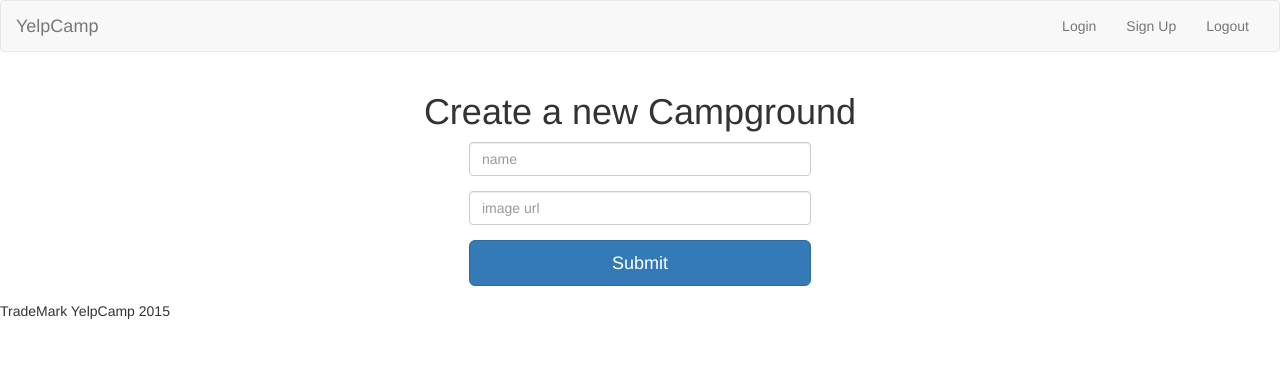
Repository: sanjansawant/Web-Developer-Bootcamp
Page: http://localhost/campgrounds/new
The author's editor kept a record of every edit. The page is drawn from the files as they stood at one moment, then again after the next edit.
The browser window is 1280 px wide. The pictures show the whole page.
Some web libraries are served in a nearby version. The page is served by the project's Node server (YelpCamp/v1/app.js).

Above is the page before.

After the next edit:
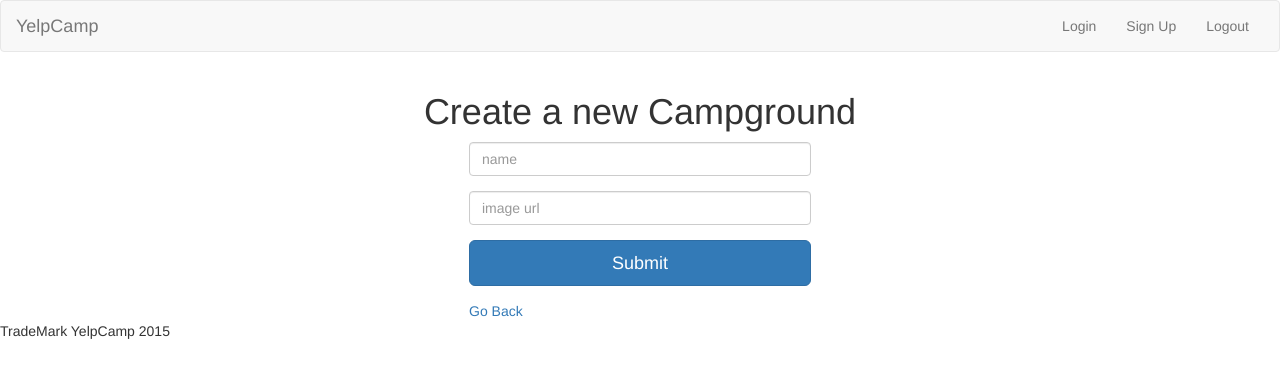
The edit:
--- a/YelpCamp/v1/views/new.ejs
+++ b/YelpCamp/v1/views/new.ejs
@@ -15,8 +15,8 @@
             <div class="form-group">
             <button class="btn btn-lg btn-primary btn-block">Submit</button>
              </div>
-            </form>
-
+        </form>
+             <a href="campgrounds">Go Back</a>
             </div>
 
 
